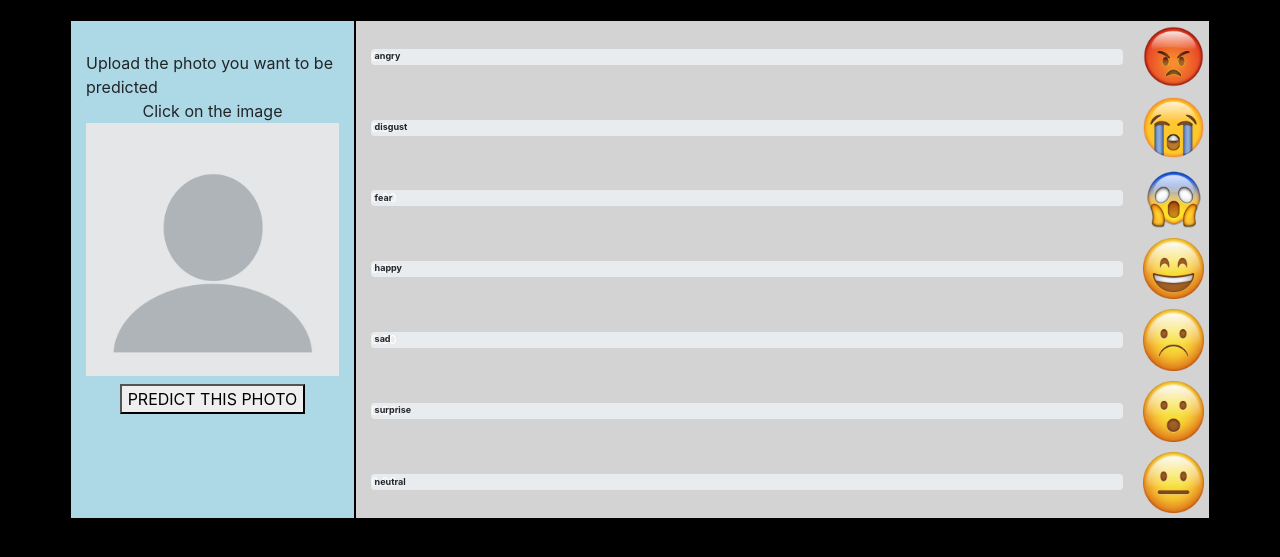
Repository: Jermaniac/TrabajoFinGradoGerman
Page: / (app in webprojectREACT/webexpresssionproject/)
These files come from the project's save history. The page is drawn as it stood at one moment and after the next save; the edit follows.
The browser window is 1280 px wide. The pictures show the whole page.
The project was rebuilt for these pictures with package versions that can differ from the ones it lists, and the page was loaded fresh each time.

Above is the page before, as saved 2021-05-05 13:20:31.

### webprojectREACT/webexpresssionproject/public/index.html
<!DOCTYPE html>
<html lang="en">
  <head>
    <meta charset="utf-8" />
    <link rel="icon" href="%PUBLIC_URL%/favicon.ico" />
    <meta name="viewport" content="width=device-width, initial-scale=1" />
    <meta name="theme-color" content="#000000" />
    <meta
      name="description"
      content="Web site created using create-react-app"
    />
    <title>Expression App</title>
  </head>
  <body>
    <div id="root"></div>
  </body>
</html>

### webprojectREACT/webexpresssionproject/src/index.js
import React from 'react';
import ReactDOM from 'react-dom';
import App from './components/App';
import './index.css'
// Bootstrap support for React
import 'bootstrap/dist/css/bootstrap.min.css'

import { configureStore } from './redux/configureStore'
import { Provider } from 'react-redux';

const store= configureStore();

const Root = (
  <Provider store={store}>
    <App />
  </Provider>
);

const rootElement = document.getElementById('root');

ReactDOM.render(
  Root,
  rootElement
);

### webprojectREACT/webexpresssionproject/src/components/App.jsx
import React from 'react'

import InfoExpressions from './InfoComponent'

import '../styles/App.css'
import { changeExpressions, changePhoto } from '../redux/actionCreators';

import { connect } from 'react-redux'
import FormComponent from './FormComponent';

const mapStateToProps = state => {
  return {
    expressions: state.expressions,
    photo: state.photo
  }
};

const mapDispatchToProps = dispatch => ({
  changeExpressions: (expressions) => dispatch(changeExpressions(expressions)),
  changePhoto: (photo) => dispatch(changePhoto(photo))
});

class App extends React.Component {

  render () {
    return (
        <div className="container">
          <div className="row">
              <FormComponent changeExpressions={this.props.changeExpressions}
              changePhoto={this.props.changePhoto}
              photo={this.props.photo}
              ></FormComponent>
              <InfoExpressions  expressions={this.props.expressions} ></InfoExpressions>
          </div>
        </div>
    );
  }

}

export default ( connect ( mapStateToProps, mapDispatchToProps )( App ))

### webprojectREACT/webexpresssionproject/src/redux/configureStore.js

import { createStore, combineReducers} from 'redux';
import { expressions } from './expressions'
import { photo } from './photo'

const combination = combineReducers({
    expressions,
    photo
});

export const configureStore = () => {

    const store = createStore(
        combination,
        // activate redux dev tools in browser
        window.__REDUX_DEVTOOLS_EXTENSION__ && window.__REDUX_DEVTOOLS_EXTENSION__()

    );

    return store;
}

### webprojectREACT/webexpresssionproject/src/components/InfoComponent.jsx
import React from 'react';
import '../styles/InfoComponent.css'

function InfoComponent({ expressions, photo }) {

  if (expressions) {
    let expressionsFormatted = formatProbabilities(expressions);

    return (
    <div className="col-12 col-md-8 col-lg-9" id="info">
        {
        expressionsFormatted.map((expression) => {
          let emojiSrc = `./assets/images/emoji_${expression.mood}.png`;
          return (
            <div className="row" key={expression.mood}>
              <div className="col-11">
                <div className="progress">
                  <div
                    id="barra"
                    className="progress-bar"
                    aria-valuemin="0"
                    aria-valuemax="100"
                    style={{ width: expression.probability + "%" }}
                  >
                    {expression.probability}
                  </div>
                  <span className="badge">{expression.mood}</span>
                </div>
              </div>
              <div className="col-1" id="imageEmoji">
                <img
                  src={emojiSrc}
                  alt="emoji"
                ></img>
              </div>
            </div>
          );
        })
        }
      </div>
    // <div></div>
    );
  } else {
    return (
          <div>
          </div>
    );
  }
}

function formatProbabilities(expressions){
    return expressions.map( (expression) => {
        return  {
            mood: expression.mood,
            probability: (expression.probability * 100).toFixed(2)
        }

    })

}

export default InfoComponent;

### webprojectREACT/webexpresssionproject/src/styles/App.css
.container {
    padding: 20px;
}

### webprojectREACT/webexpresssionproject/src/redux/actionCreators.js
import * as ActionTypes from './actionTypes'

export const changeExpressions = (expressions) => ({
    type: ActionTypes.CHANGE_EXPRESSIONS,
    payload: {
        expressions: expressions
    }
});

export const changePhoto = (photo) => ({
    type: ActionTypes.CHANGE_PHOTO,
    payload: {
        photoUrl: URL.createObjectURL(photo)
    }
})

### webprojectREACT/webexpresssionproject/src/components/FormComponent.jsx
import { useState } from 'react';
import ImageUploadService from '../services/image-upload.service';
import '../styles/FormComponent.css'

function FormComponent({ changeExpressions, changePhoto, photo }) {

  const [getPhotoFile, setPhotoFile] = useState();

  const selectPhoto = (event) => {
    const photoSelect = event.target.files[0];
    setPhotoFile(photoSelect);
    changePhoto(photoSelect);
  };

  const requestPredict = () => {
    ImageUploadService.getMood(getPhotoFile).then((response) => {
      if (response) {
        console.log("Call API success!");
        changeExpressions(response.expressions);
      } else {
        console.log("Call API failed.");
      }
    });
  };

  return (
    <div className="col-12 col-md-4 col-lg-3" id="form">
      <div className="row">
        <div>Upload the photo you want to be predicted</div>
      </div>
      <div className="row">
        <div>Click on the image</div>
      </div>
      <div className="row">
        <label htmlFor="photo">
          <input
            type="file"
            name="photo"
            id="photo"
            accept="image/*"
            style={{ display: "none" }}
            onChange={selectPhoto}
          ></input>
          <img src={photo.photoUrl} alt="blankPic"></img>
        </label>
      </div>
      <div className="row">
        <button id="buttonSubmit" onClick={requestPredict}>
          PREDICT THIS PHOTO
        </button>
      </div>
    </div>
  );
}

export default FormComponent;

### webprojectREACT/webexpresssionproject/src/redux/expressions.js
import { EXPRESSIONS } from '../shared/expressions';
import * as ActionTypes from './actionTypes'

export const expressions = ( state = EXPRESSIONS, action ) => {
    switch (action.type) {
        case ActionTypes.CHANGE_EXPRESSIONS:
            let expressions = action.payload.expressions;
            return expressions;
        default:
            return state;
    }
};

### webprojectREACT/webexpresssionproject/src/redux/photo.js
import { PHOTO } from '../shared/photo';
import * as ActionTypes from './actionTypes'

export const photo = ( state = PHOTO, action ) => {
    switch (action.type) {
        case ActionTypes.CHANGE_PHOTO:
            let photo = action.payload;
            return photo;
        default:
            return state;
    }
};

### webprojectREACT/webexpresssionproject/src/styles/InfoComponent.css
.container-fluid {
    display: grid;
}
.col-11 {
    align-self: center;
}

#info {
    background-color: lightgrey;
    display: grid;
    border: 1px solid black;
}

### webprojectREACT/webexpresssionproject/src/redux/actionTypes.js
export const CHANGE_EXPRESSIONS = 'CHANGE_EXPRESSIONS'
export const CHANGE_PHOTO = 'CHANGE_PHOTO'

### webprojectREACT/webexpresssionproject/src/services/image-upload.service.js

const keyFile = "photo";
const urlApi =  "http://ec2-3-235-24-57.compute-1.amazonaws.com:9004/getMood";

class ImageUploadService {

  getMood(file) {

    const formData = new FormData();
    formData.append(keyFile, file);

    return fetch(urlApi, {
      method: "POST",
      body: formData,
    })
      .then((response) => response.json())
      .then((data) => {
        return data;
      })
      .catch((error) => console.error(error));
  }

}

export default new ImageUploadService();

### webprojectREACT/webexpresssionproject/src/styles/FormComponent.css

#form {
    background-color: lightblue;
    padding:30px;
    border: 1px solid black;
}

#imageEmoji {
    padding: 5px;
}

#form > .row {
    justify-content: center;
}

#form > .row > .div{
    font-weight: 900;
    font-size: x-large;
}
#form > .row > h2{
    font-style: initial;
}
#form >.row > h3{
    font-style: italic;
}

img {
    width: 100%;
}

### webprojectREACT/webexpresssionproject/src/shared/expressions.js
export const EXPRESSIONS =
    [
        {
            mood: "angry",
            probability: 0.0
        },
        {
            mood: "disgust",
            probability: 0.0
        },
        {
            mood: "fear",
            probability: 0.0
        },
        {
            mood: "happy",
            probability: 0.0
        },
        {
            mood: "sad",
            probability: 0.0
        },
        {
            mood: "surprise",
            probability: 0.0
        },
        {
            mood: "neutral",
            probability: 0.0
        }
];

### webprojectREACT/webexpresssionproject/src/shared/photo.js
export const PHOTO =
    {
        photoUrl: "assets/images/blankPhoto.png"
    }

Loaded but not shown: webprojectREACT/webexpresssionproject/src/index.css (common file)

After the next save:
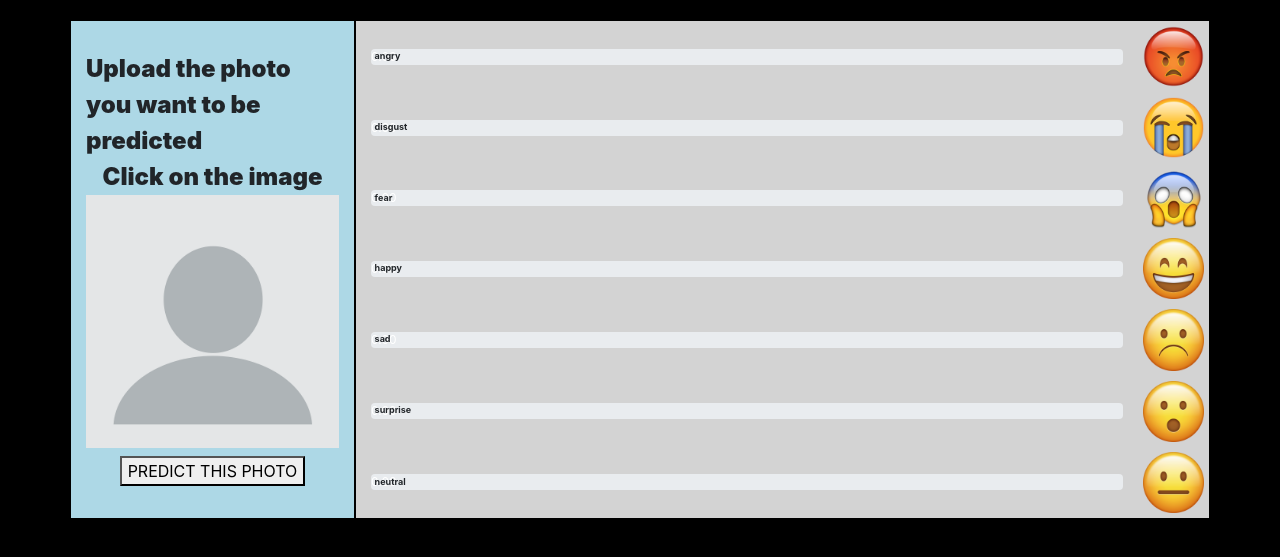
Saved 23 s later.
--- a/webprojectREACT/webexpresssionproject/src/styles/FormComponent.css
+++ b/webprojectREACT/webexpresssionproject/src/styles/FormComponent.css
@@ -13,7 +13,7 @@
     justify-content: center;
 }
 
-#form > .row > .div{
+#form > .row > div{
     font-weight: 900;
     font-size: x-large;
 }
